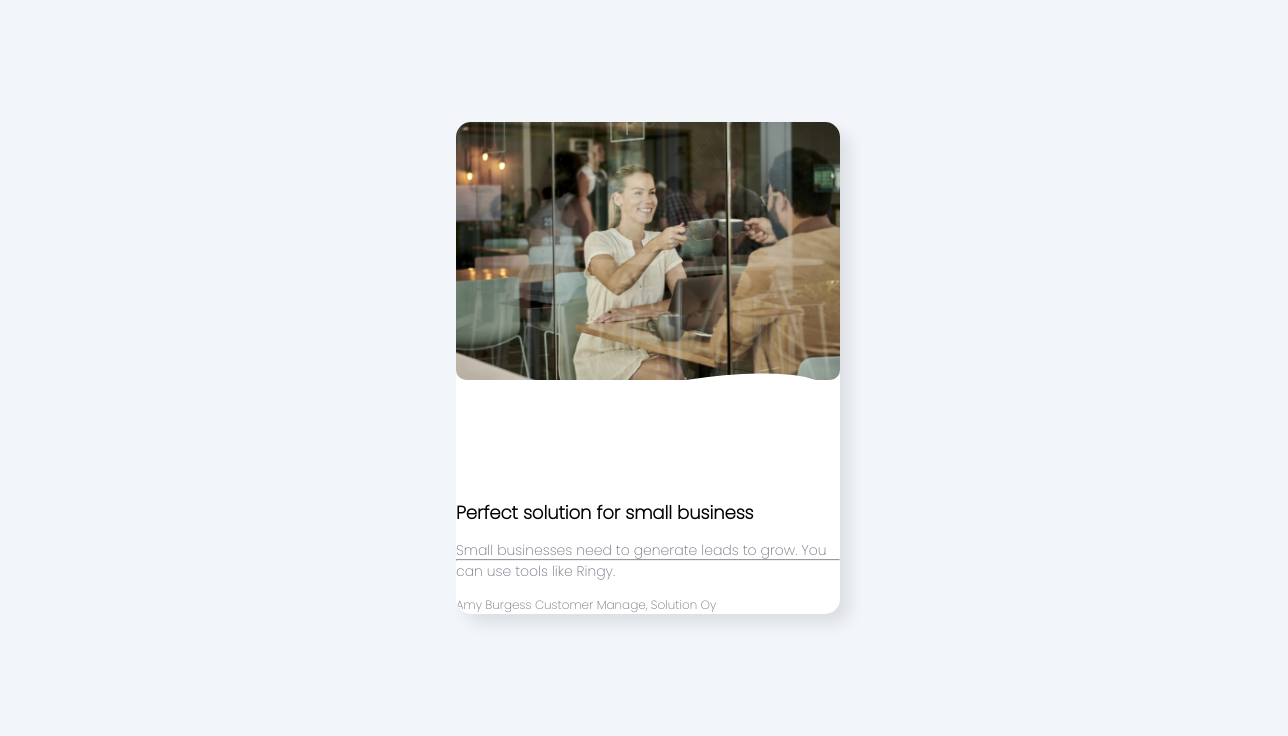
Repository: massndongo/business-blog-card
Page: index.html
These files come from the project's save history. The page is drawn as it stood at one moment and after the next save; the edit follows.
The browser window is 1280 px wide. The page is 1288 px wide, so the pictures cover 1288 px, including what lies to the right of the window. The pictures show the whole page.

Above is the page before, as saved 2023-11-08 04:26:15.

After the next save:
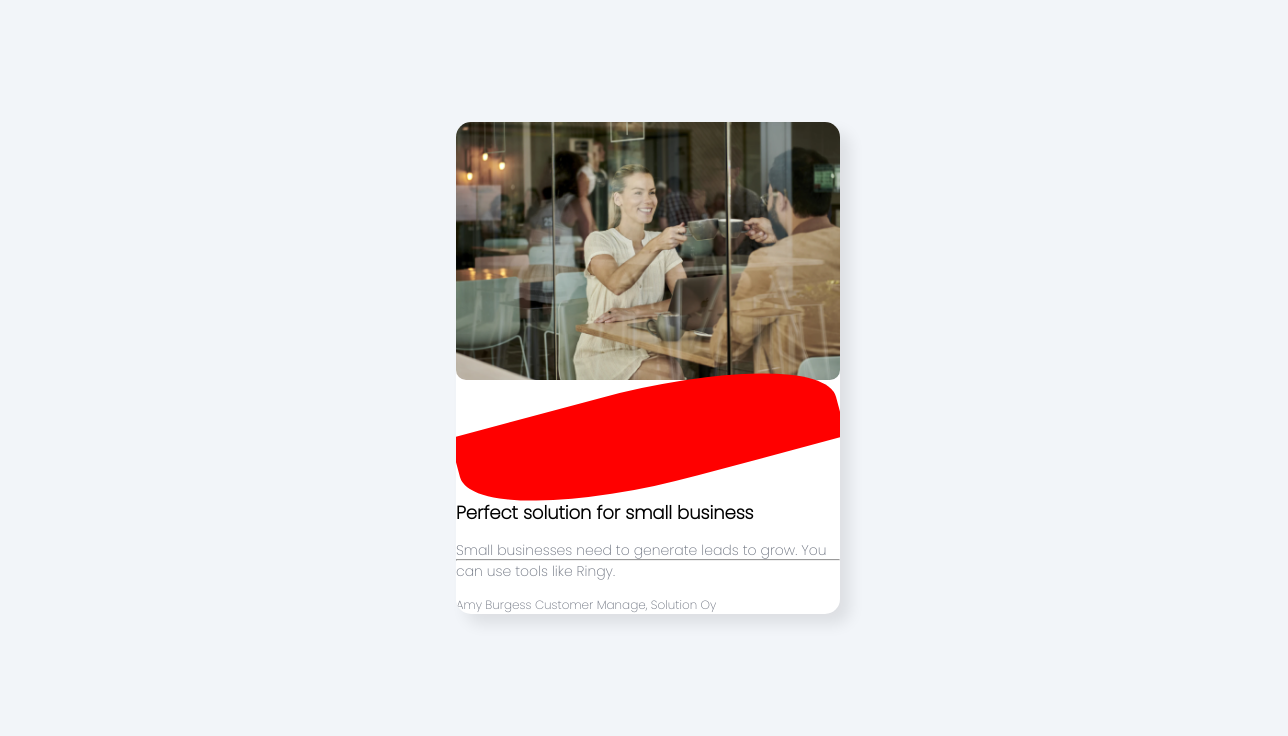
Saved 7 s later.
--- a/css/styles.css
+++ b/css/styles.css
@@ -32,7 +32,7 @@ body {
 }
 .wavy{
     height: 100px;
-    background-color: #FFFFFF;
+    background-color: red;
     border-radius: 0 60% 0;
     transform: rotate(-15deg);
     position: relative;
